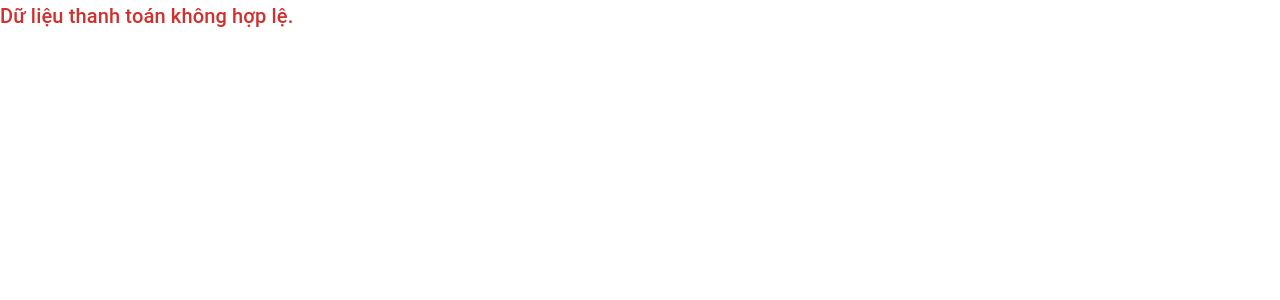
Repository: minhquang203/Homestay
Page: /payment (app in client/)
These files come from the project's save history. The page is drawn as it stood at one moment and after the next save; the edit follows.
The browser window is 1280 px wide. The pictures show the whole page.
The project was rebuilt for these pictures with package versions that can differ from the ones it lists, and the page was loaded fresh each time. Also part of the build but not shown: client/src/styles/Footer.scss, client/src/components/Footer.jsx, client/src/styles/ListingCard.scss, client/src/components/ListingCard.jsx, client/src/styles/Loader.scss, client/src/components/Loader.jsx, client/src/styles/Navbar.scss, client/src/styles/variable.scss and 29 more.

Above is the page before, as saved 2025-03-04 13:45:26.

After the next save:
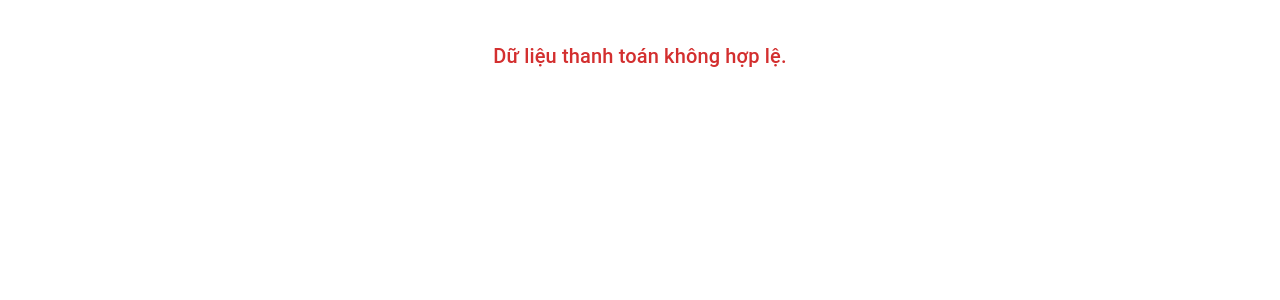
Saved 50 s later.
--- a/client/src/pages/PaymentPage.jsx
+++ b/client/src/pages/PaymentPage.jsx
@@ -6,14 +6,21 @@ const PaymentPage = () => {
   const navigate = useNavigate();
   const location = useLocation();
 
+  // Hooks luôn được gọi ngay từ đầu, không đặt điều kiện ở đây
+  const [paymentMethod, setPaymentMethod] = useState('bank_transfer');
+  const [message, setMessage] = useState('');
+
+  // Lấy dữ liệu từ location.state
   const { bookingId, totalPrice, customerId, hostId } = location.state || {};
 
+  // Nếu thiếu dữ liệu thì hiển thị thông báo lỗi thay vì return sớm
   if (!bookingId || !totalPrice || !customerId || !hostId) {
-    return <Typography variant="h6" color="error">Dữ liệu thanh toán không hợp lệ.</Typography>;
+    return (
+      <Typography variant="h6" color="error" sx={{ textAlign: 'center', mt: 5 }}>
+        Dữ liệu thanh toán không hợp lệ.
+      </Typography>
+    );
   }
-
-  const [paymentMethod, setPaymentMethod] = useState('bank_transfer');
-  const [message, setMessage] = useState('');
 
   const handlePayment = useCallback(async () => {
     try {
